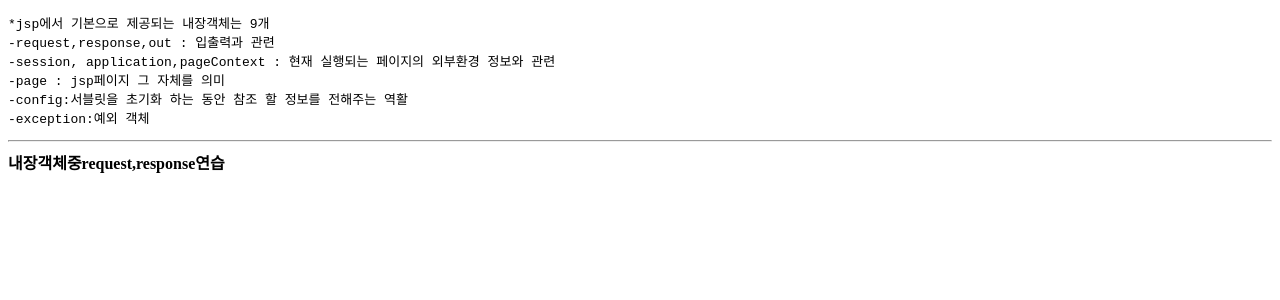
Repository: binkalos/JSP-STUDY
Page: http://localhost/IT-show/memberForm.jsp
These files come from the project's save history. The page is drawn as it stood at one moment and after the next save; the edit follows.
The browser window is 1280 px wide. The pictures show the whole page.
The page is served by Tomcat 9. Other server files are loaded and not shown.

Above is the page before, as saved 2019-06-20 03:07:01.

### IT-show/WebContent/memberForm.jsp
<%@ page language="java" contentType="text/html; charset=UTF-8"
    pageEncoding="UTF-8"%>
<!DOCTYPE html>
<html>
<head>
<meta charset="UTF-8">
<title>Insert title here</title>
</head>
<body>
<pre>
*jsp에서 기본으로 제공되는 내장객체는 9개
-request,response,out : 입출력과 관련
-session, application,pageContext : 현재 실행되는 페이지의 외부환경 정보와 관련
-page : jsp페이지 그 자체를 의미
-config:서블릿을 초기화 하는 동안 참조 할 정보를 전해주는 역활
-exception:예외 객체
</pre>
<hr>
<b>내장객체중request,response연습</b>
<br>
<form method="post" action="memberProc.jsp">
</form>
</body>
</html>

After the next save:
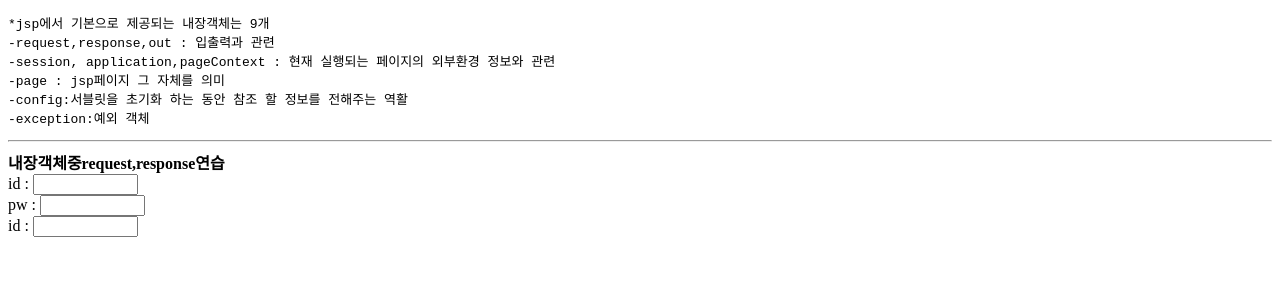
Saved 36 s later.
--- a/IT-show/WebContent/memberForm.jsp
+++ b/IT-show/WebContent/memberForm.jsp
@@ -19,6 +19,10 @@
 <b>내장객체중request,response연습</b>
 <br>
 <form method="post" action="memberProc.jsp">
+
+id : <input type="text" name="id" size="10"><br>
+pw : <input type="password" name="pw" size="10"><br>
+id : <input type="text" name="id" size="10"><br>
 </form>
 </body>
 </html>
